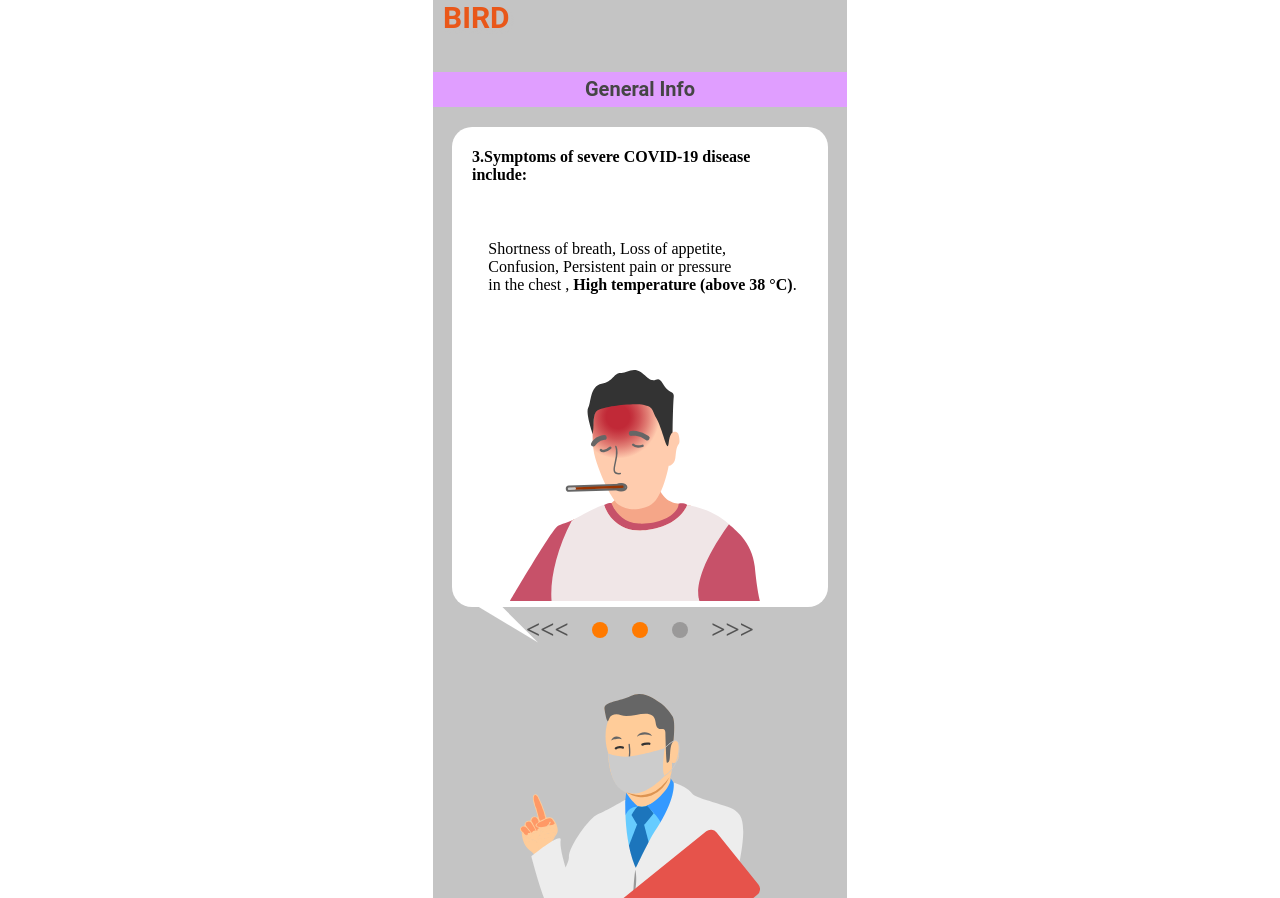
Repository: Levic559/BIRD
Page: General_info-3/4.html
An editor plug-in stored every save of this project. The page is shown before and after a run of saves, followed by the edit.
The browser window is 1280 px wide. The pictures show the whole page.

Above is the page before, as saved 2021-03-11 01:55:50.

After the next 2 saves:
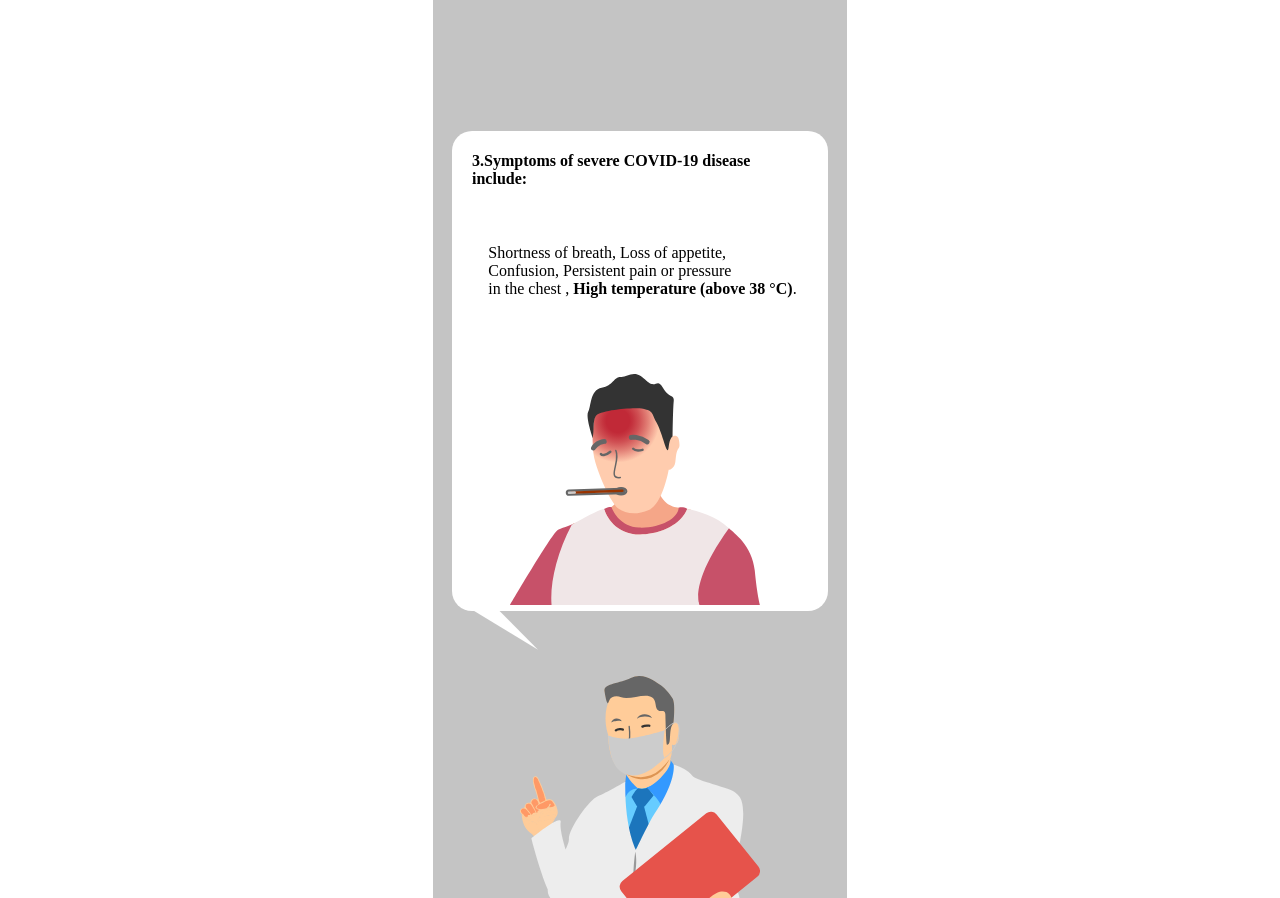
Console error: SyntaxError: Unexpected token '.'
The 2 saves are shown as one change because they came seconds apart.
The last was saved 70 s later.
--- a/General_info-3/1.js
+++ b/General_info-3/1.js
@@ -1,3 +1,3 @@
 document.querySelector(".header").innerHTML += LogoUI(30,700, "#C4C4C4");
 document.querySelector(".banner").innerHTML += BannerUI("General Info");
-document.querySelector(".BtnPages").innerHTML += BtnPagesUI("#FF7A00", "#9A9999");
+document.querySelector(".BtnPages").innerHTML += BtnPagesUI("#FF7A00", "#9A9999", .);

After the 5 saves that followed:
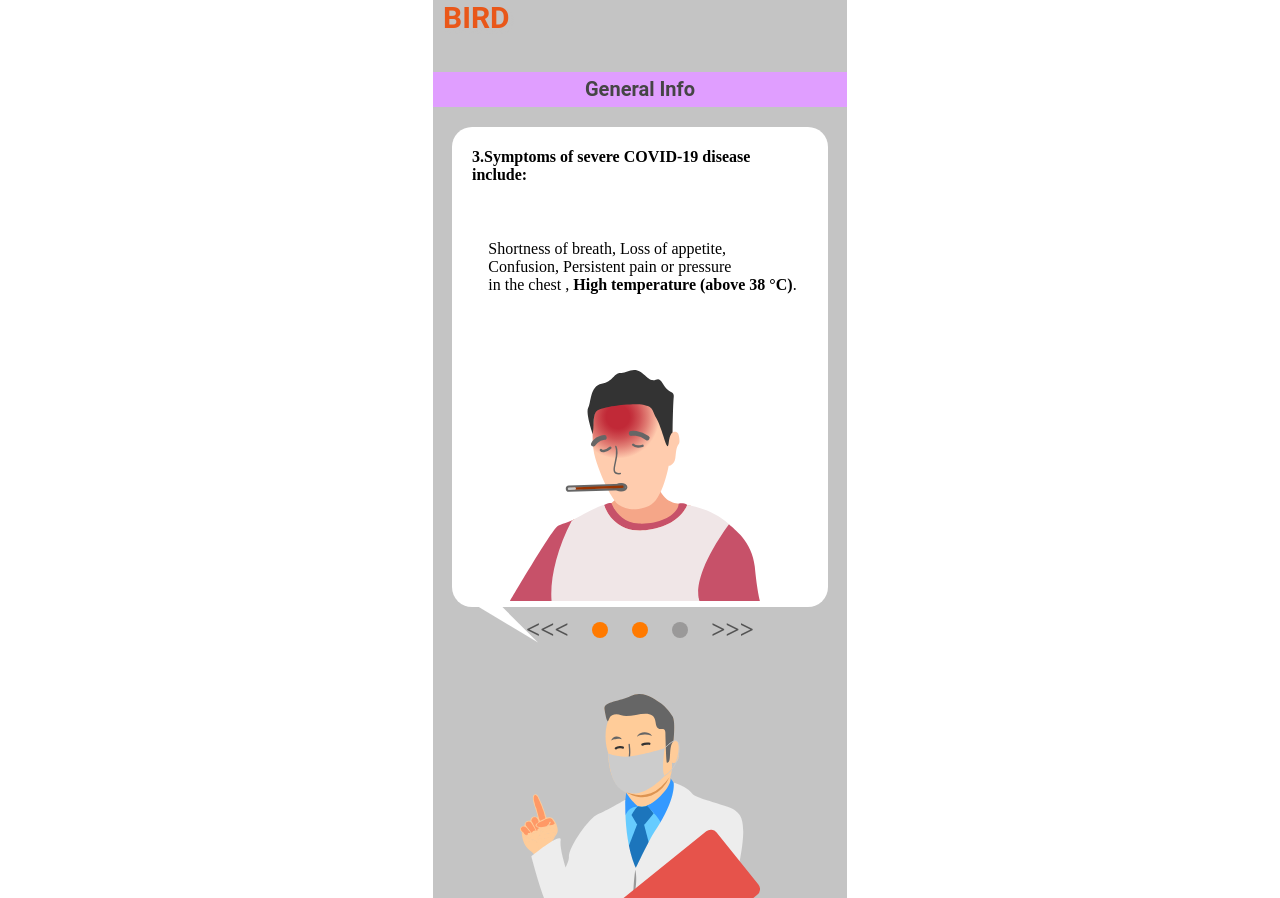
The error is gone.
The 5 saves are shown as one change because they came seconds apart.
The last was saved 42 s later.
--- a/General_info-3/1.js
+++ b/General_info-3/1.js
@@ -1,3 +1,3 @@
 document.querySelector(".header").innerHTML += LogoUI(30,700, "#C4C4C4");
 document.querySelector(".banner").innerHTML += BannerUI("General Info");
-document.querySelector(".BtnPages").innerHTML += BtnPagesUI("#FF7A00", "#9A9999", .);
+document.querySelector(".BtnPages").innerHTML += BtnPagesUI("#FF7A00", "#9A9999", "../General");
